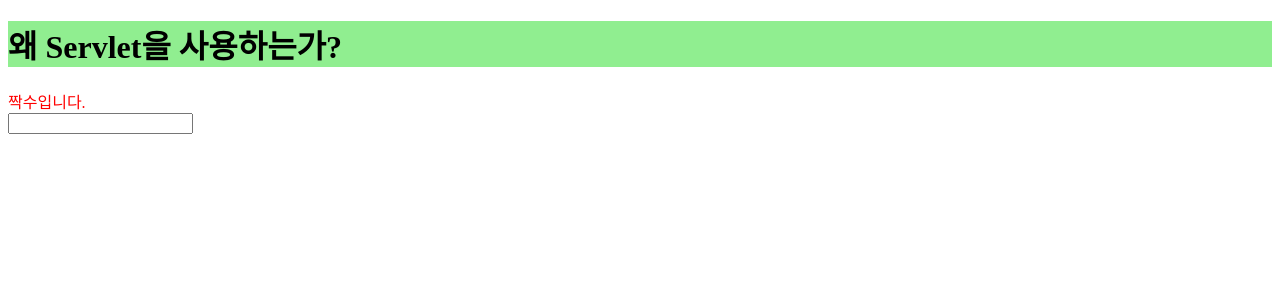
Repository: DistincTao/JSP
Page: http://localhost/JSPBasic/whyUseServlet.jsp
The author's editor kept a copy of each file at every save. The page is drawn from the files as they stood at one save, then again after a run of saves.
The browser window is 1280 px wide. The pictures show the whole page.
The page is served by Tomcat 9. Nobody is signed in. The application's start-up code is not run.

Above is the page before, as saved 2023-12-11 02:35:05.

After the next 2 saves:
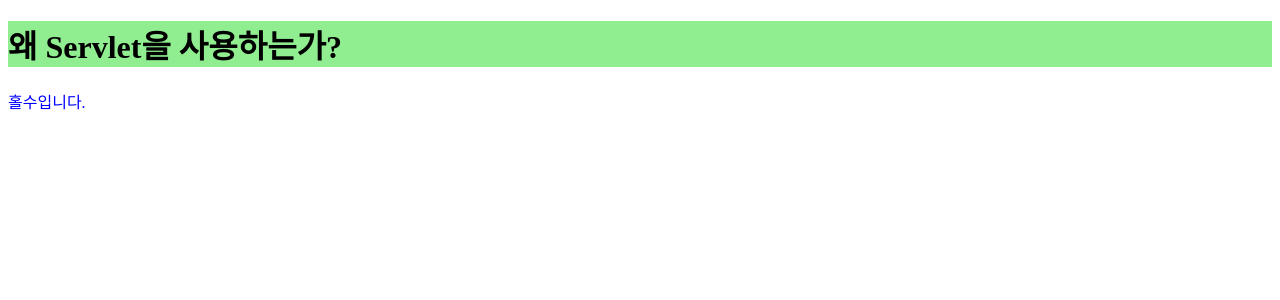
The 2 saves are shown as one change because 1 did not build or start.
The last was saved 4 min 18 s later.
--- a/JSPBasic/src/main/webapp/whyUseServlet.jsp
+++ b/JSPBasic/src/main/webapp/whyUseServlet.jsp
@@ -20,14 +20,16 @@ h1 {
 	<h1 onclick="hello();">왜 Servlet을 사용하는가?</h1>
 	<!--  변수에 임의의 값을 저장한 후, 그 값이 홀수이면 파란색 글씨로 "홀수 입니다.
 		그 값이 짝수이면 빨간 글씨로 "짝수입니다." 라고 출력해보자 -->
-	<%
-	int num = 4;
-	if (num % 2 == 0) { // 짝수이면
-	%>
-		<div style="color: red;">짝수입니다.</div>
 
 	<%
-	} else {
+		int num = 3;
+
+		if (num % 2 == 0) { // 짝수이면
+	%>
+	<div style="color: red;">짝수입니다.</div>
+
+	<%
+		} else {
 	%>
 		<div style="color: blue;">홀수입니다.</div>
 
@@ -35,6 +37,6 @@ h1 {
 	}
 	%>
 
-	<input type = "text">
+
 </body>
 </html>
